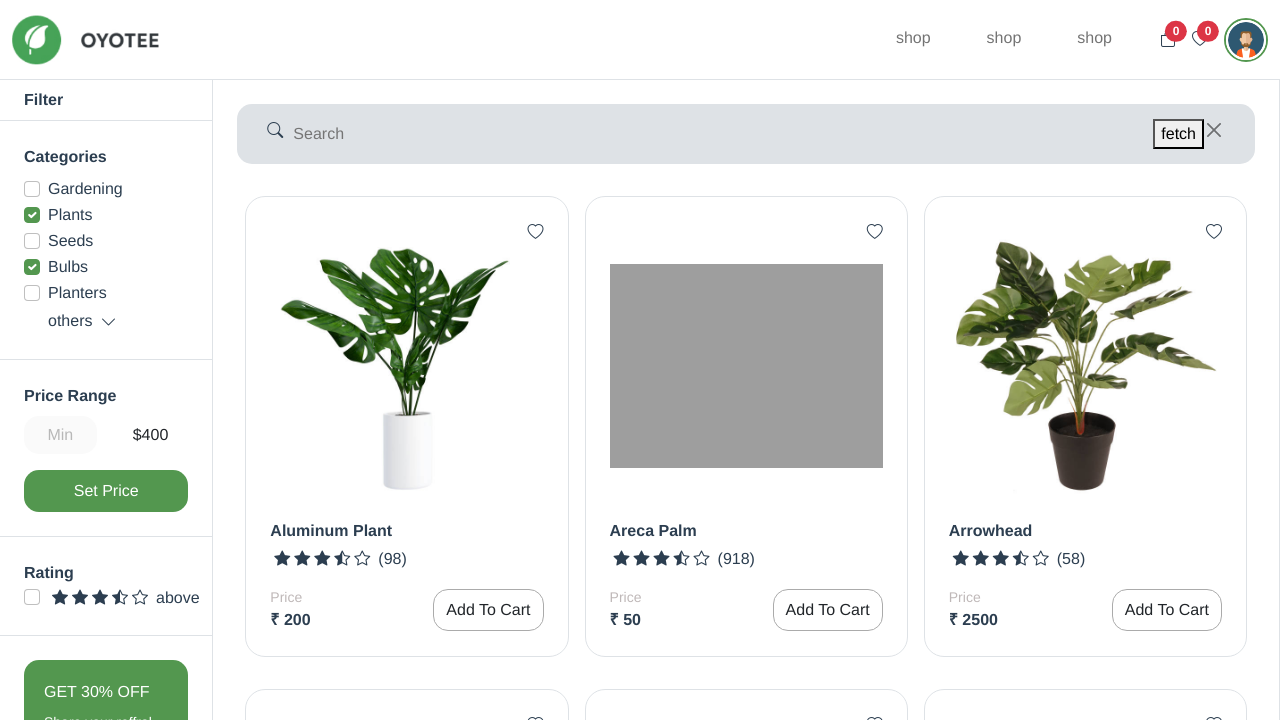
Repository: arpitaWebD/PlantShopping
Page: /
These files come from the project's save history. The page is drawn as it stood at one moment and after the next save; the edit follows.
The browser window is 1280 px wide. The pictures show the whole page.
Pictures or frames that could not be fetched are drawn as grey boxes. An inner scrolling area shows only its first screen. Some web libraries are served in a nearby version. The project was rebuilt for these pictures with package versions that can differ from the ones it lists, and the page was loaded fresh each time. Also part of the build but not shown: src/components/ProductPreview.vue, src/views/AddToCart.vue, src/views/WishList.vue, src/components/Login.vue.

Above is the page before, as saved 2022-01-24 15:06:54.

After the next save:
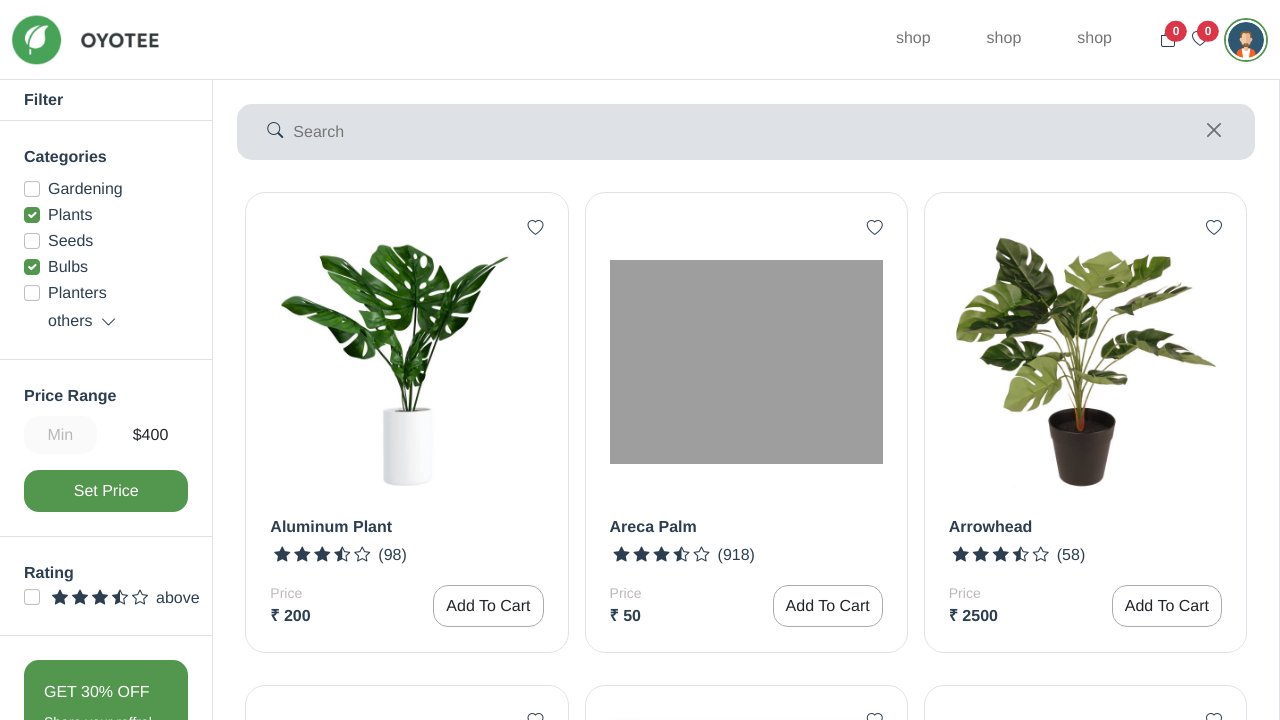
Saved 7 s later.
--- a/src/components/Search.vue
+++ b/src/components/Search.vue
@@ -10,7 +10,6 @@
         @input="searchItem(search)"
         @focus="modal = true"
       />
-      <button>fetch</button>
       <button
         type="button"
         class="btn-close btn-sm btn"
